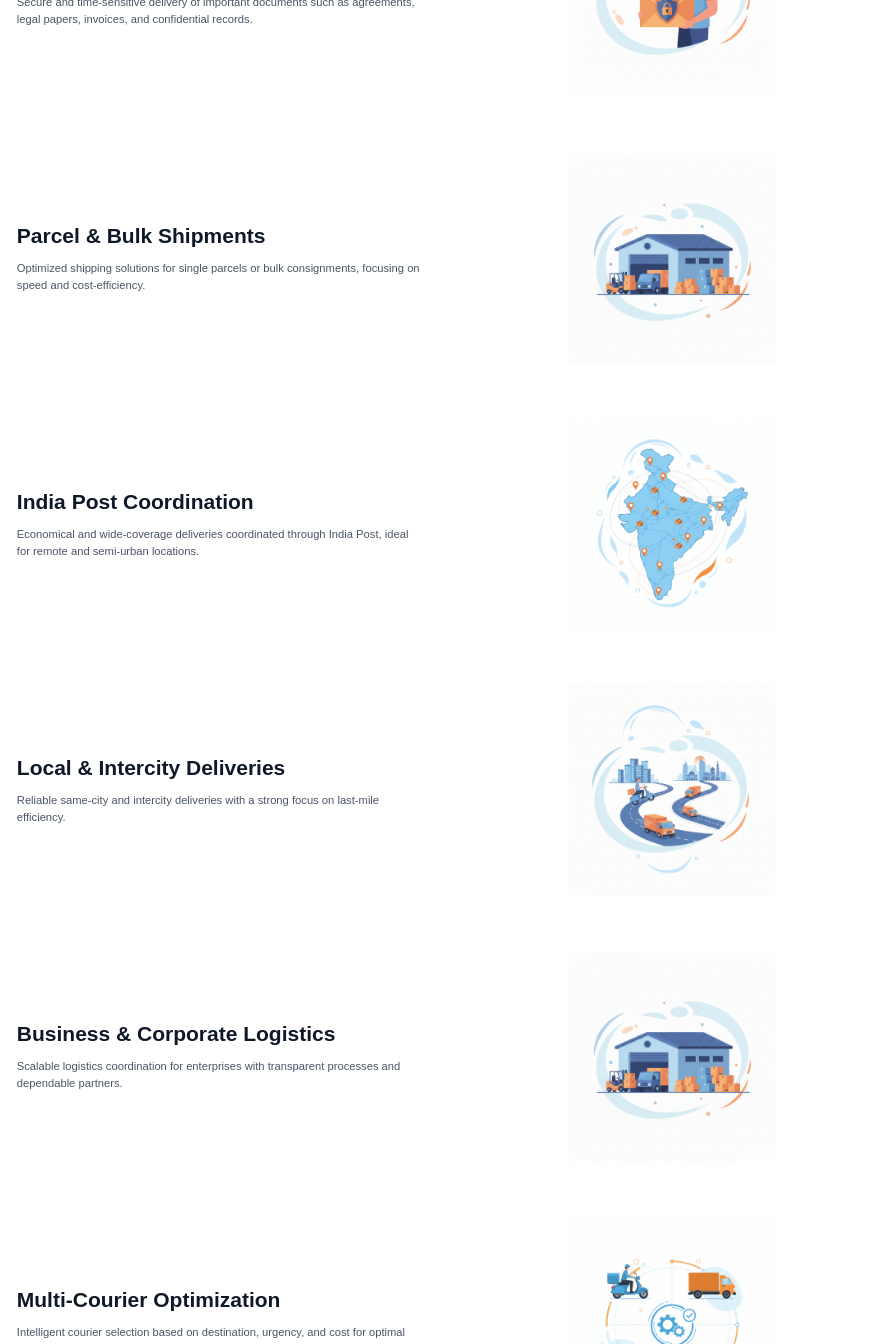
Repository: Rohit-foryou/Courier-Portfolio
Page: /services
These files come from the project's save history. The page is drawn as it stood at one moment and after the next save; the edit follows.
The browser window is 1280 px wide. The pictures show the part of the page from y = 869 to 2789 px (the page is 4668 px tall before and 4468 px after), at 70% of full size.
The project was rebuilt for these pictures with package versions that can differ from the ones it lists, and the page was loaded fresh each time. The framework's server and built-in components were replaced by stand-ins that run in the browser. Also part of the build but not shown: next.config.ts.

Above is the page before, as saved 2026-02-09 23:42:00.

After the next save:
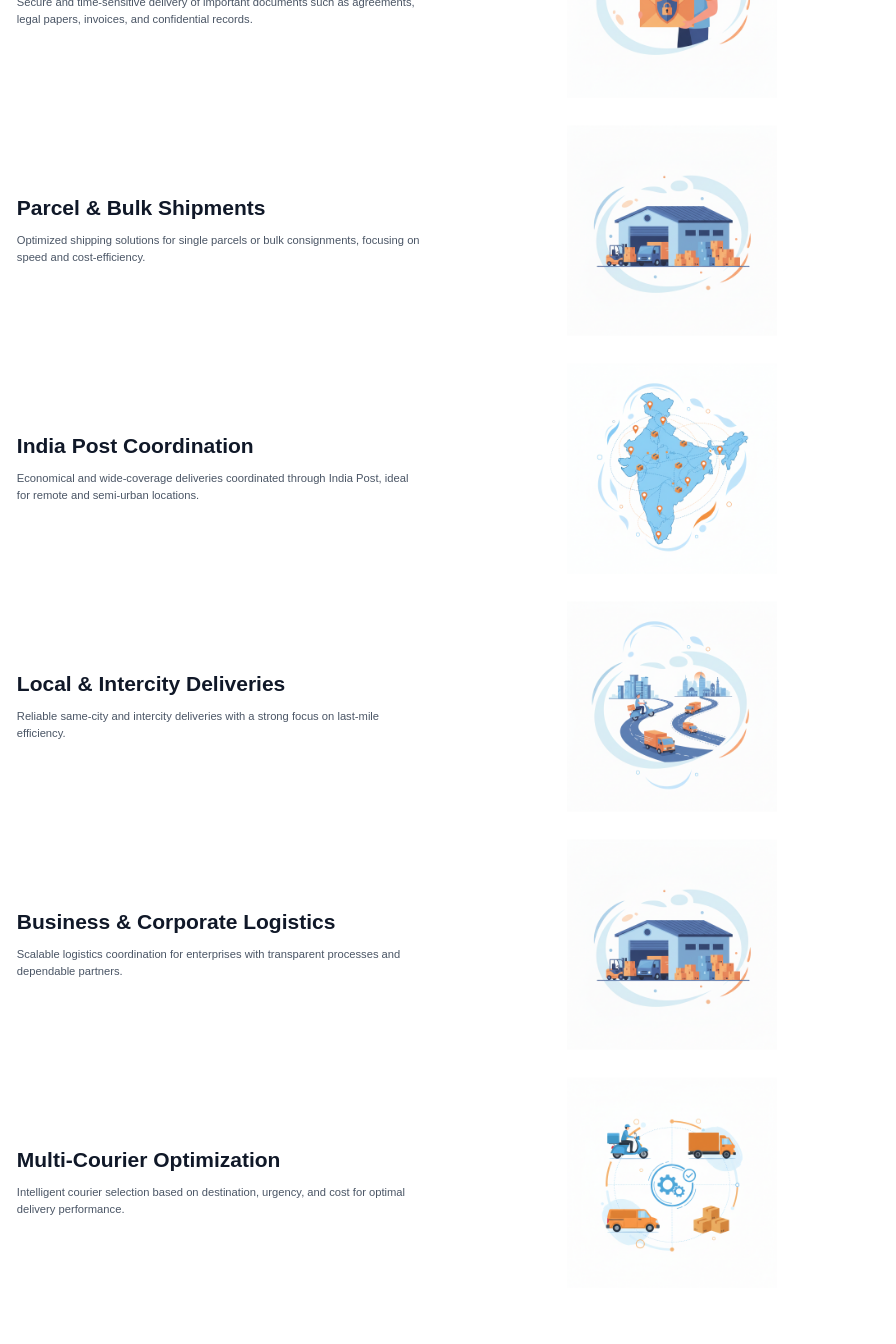
Saved 42 s later.
--- a/app/services/page.tsx
+++ b/app/services/page.tsx
@@ -42,7 +42,7 @@
 
       {/* CORE SERVICES */}
       <section className="bg-white py-24">
-        <div className="max-w-7xl mx-auto px-6 space-y-20">
+        <div className="max-w-7xl mx-auto px-6 space-y-10">
 
           {/* Service Block Helper */}
           {[
